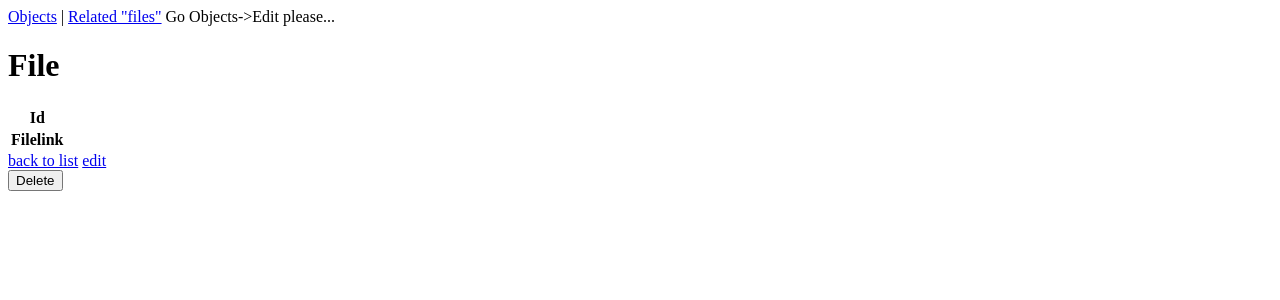
Repository: fl-alex/recr_task
Page: templates/file/show.html.twig
The author's editor kept a copy of each file at every save. The page is drawn from the files as they stood at one save, then again after the next save.
The browser window is 1280 px wide. The pictures show the whole page.
The page is a Twig template of a Symfony application; nobody is signed in and links lead nowhere. The template is opened directly, without the code that normally fills it, so the values that code supplies are empty.

Above is the page before, as saved 2023-01-17 08:12:18.

After the next save:
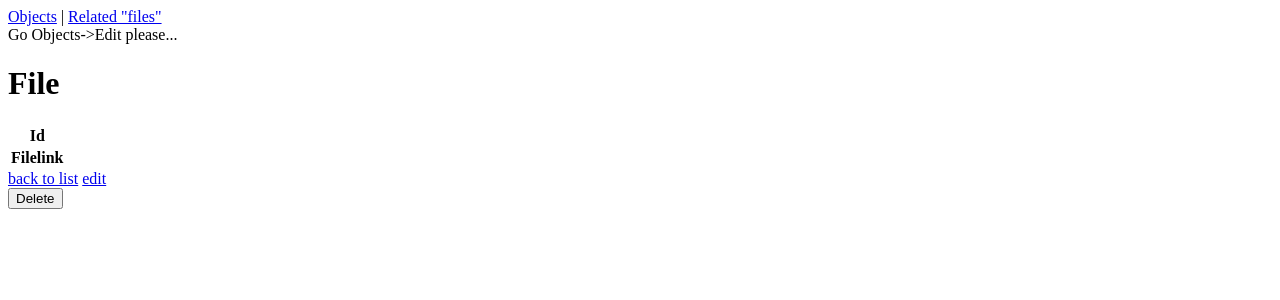
Saved 12 s later.
--- a/templates/base.html.twig
+++ b/templates/base.html.twig
@@ -16,7 +16,7 @@
     <body>
         <a href="{{ path('app_serviced_object_index') }}">Objects</a> |
         <a href="{{ path('app_file_index') }}">Related "files"</a>
-        Go Objects->Edit please...
+        <br>Go Objects->Edit please...
         {% block body %}{% endblock %}
     </body>
 </html>
